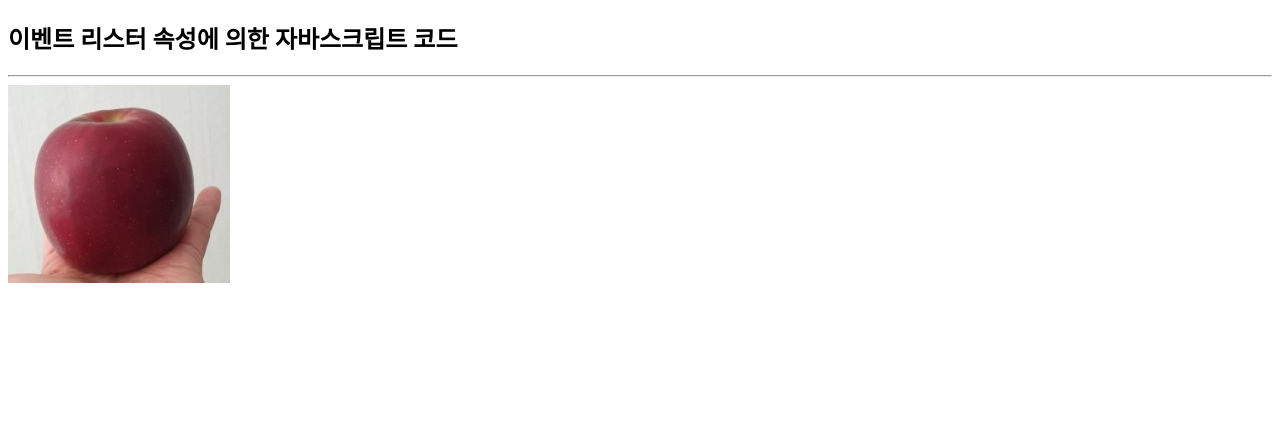
Repository: buildadoor/eclipse
Page: jspexp/src/main/webapp/a01_javascript/a01_basic/a02_outerFile.html
An editor plug-in stored every save of this project. The page is shown before and after the next save, followed by the edit.
The browser window is 1280 px wide. The pictures show the whole page.

Above is the page before, as saved 2022-11-11 06:50:56.

### jspexp/src/main/webapp/a01_javascript/a01_basic/a02_outerFile.html
<!DOCTYPE html>
<html>
<head>
<meta charset="UTF-8">
<title>Insert title here</title>
<style type="text/css">
/*

*/
</style>
<script type="text/javascript">
	function chImg(obj){
		obj.src="/a00_img/apple.jpg";
	}
	function chImg2(obj){
		obj.src="/a00_img/berry.jpg";
	}
</script>
</head>
<body>
<h2>이벤트 리스터 속성에 의한 자바스크립트 코드</h2>
<hr>
<img src="/a00_img/apple.jpg"
   onmouseover = "this.src='/a00_img/apple.jpg'"
   onmouseout = "this.src='/a00_img/berry.jpg'"
/>
</body>
</html>

After the next save:
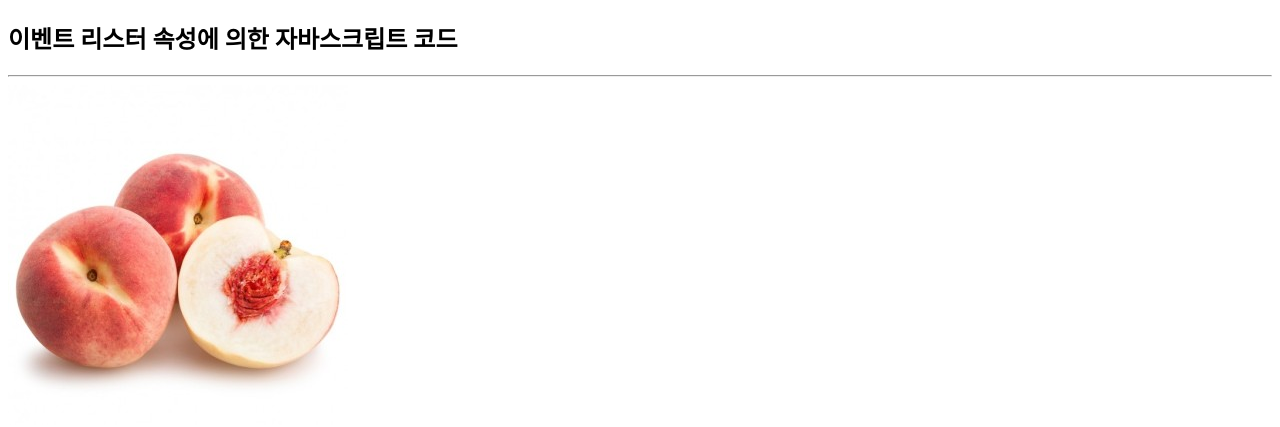
Saved 3 min 28 s later.
--- a/jspexp/src/main/webapp/a01_javascript/a01_basic/a02_outerFile.html
+++ b/jspexp/src/main/webapp/a01_javascript/a01_basic/a02_outerFile.html
@@ -20,7 +20,7 @@
 <body>
 <h2>이벤트 리스터 속성에 의한 자바스크립트 코드</h2>
 <hr>
-<img src="/a00_img/apple.jpg"
+<img src="/a00_img/peach.jpg"
    onmouseover = "this.src='/a00_img/apple.jpg'"
    onmouseout = "this.src='/a00_img/berry.jpg'"
 />
